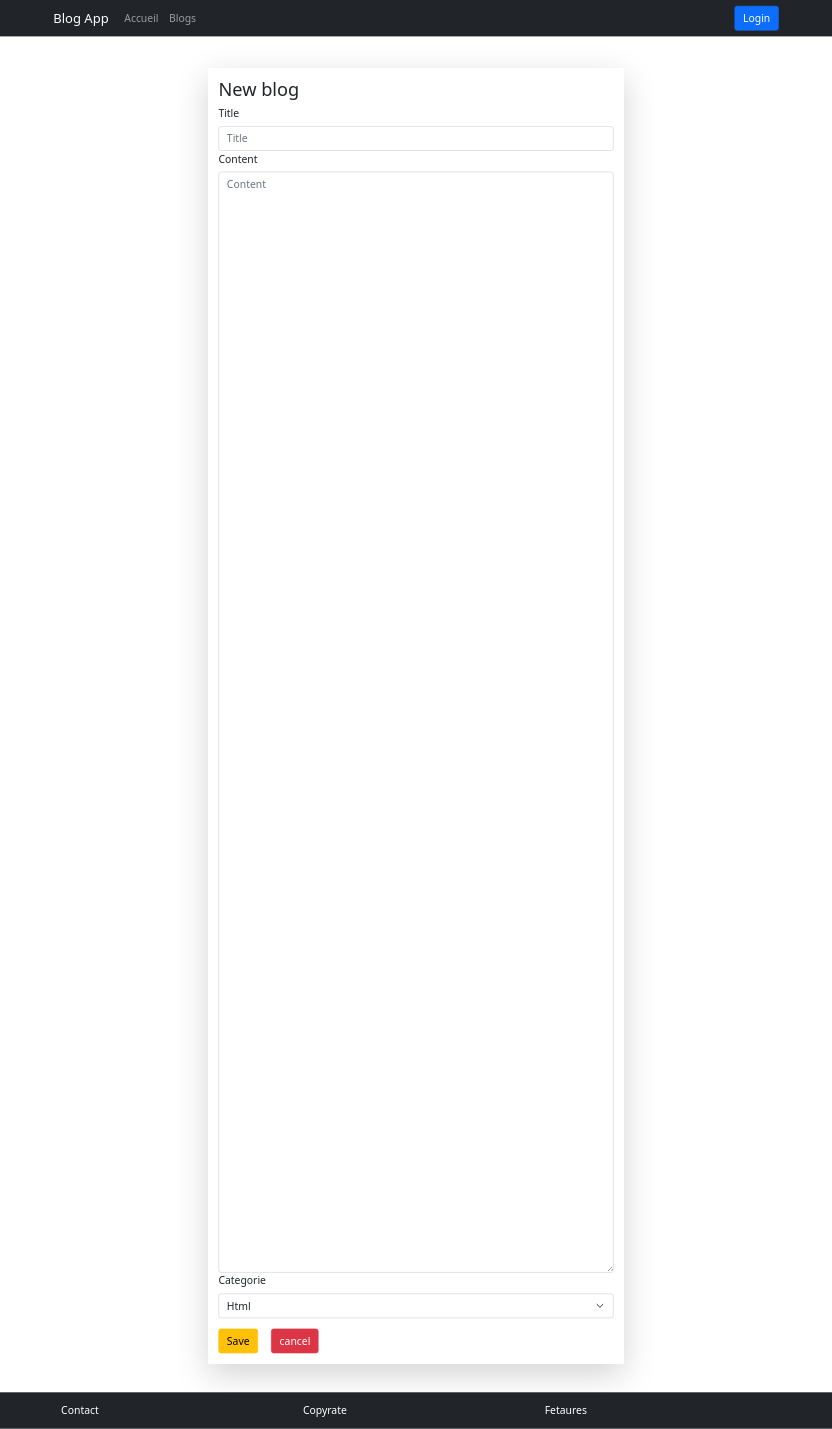
Repository: FS-23/laravel-blog-app
Page: http://localhost/blog/create
The author's editor kept a copy of each file at every save. The page is drawn from the files as they stood at one save, then again after the next save.
The browser window is 1280 px wide. The pictures show the whole page, at 65% of full size.
The page is served by the project's Laravel application, run on PHP 8.4 with Laravel 9. Other server files are loaded and not shown.

Above is the page before, as saved 2022-06-07 14:11:23.

### BlogApp/routes/web.php
<?php

use Illuminate\Support\Facades\Route;
use App\Http\Controllers\BlogController;
use App\Http\Controllers\ProductController;
use Illuminate\Http\Request;


Route::get('/', function () {
    return redirect('/blog/list');
});

Route::get('/home', function(){
    $user = ["name" =>  "Nour" , "level" =>  "A"];
    return view('home', $user);
});

Route::get('/blog' , function(){
    return view('blog.home');
});

Route::get('/blog/list' , [BlogController::class , 'index'] );

Route::get('/blog/create' , [BlogController::class  , 'create']);
// [BlogController::class , 'show']
Route::get('/blog/detail/{id}' ,[BlogController::class , 'show']);

Route::post('/blog/store' , [BlogController::class , 'store']);

Route::get('/product' , [ProductController::class , 'index']);

Route::get('/user/create', function(){

    return view('user.create');
});
Route::post('/user/store',function(Request $request){
    dd($request -> all());
   // return 'hello world';
});

### BlogApp/app/Http/Controllers/BlogController.php
<?php

namespace App\Http\Controllers;

use Illuminate\Http\Request;
use App\Models\Blog;

// Blog::create(...)
// Blog::find(1)
//Blog::delete(2)
// Blog::all()


class BlogController extends Controller
{
    function index(){
        // $blog1 = new Blog2("Learn Python" ,  "Learn pyton with moha");
        // $blog2 = new Blog2("Learn CSS/HTML" ,  "Learn pyton with Youssef - Nour -Mohamed");
        // $blog3 = new Blog2("Learn PHP" ,  "Le lorem ipsum est, en imprimerie, une suite de mots sans signification utilisée à titre provisoire pour calibrer une mise en page, le texte définitif venant remplacer le faux-texte dès qu'il est prêt ou que la mise en page est achevée. Généralement, on utilise un texte en faux latin, le Lorem ipsum ou Lipsum.");
        // $blog4 = new Blog2("Learn React" ,  "Learn pyton with Karl");
        // $blogs = [$blog1 , $blog2 , $blog3 , $blog4];

        $allBlogs = Blog::all()    ; // select * from blogs
        return view('blog.list' , ["blogs" =>  $allBlogs]);
    }

    function store(Request $request){

       // dd($request -> all());
        // //......
        //  $formData = ["title" => "Learn java 123" , "content" => "Learn java with AKHENATON" , "categorie" => "JAVA"];

        $result =  Blog::create( $request -> all());
        return redirect('/blog/list');
    }

    function show($id){

         $blog = Blog::find($id);
         if(empty($blog)){
             return redirect('/blog/list');
         }
         return view('blog.detail',  ['blog' => $blog]);
    }


    function create(){
        return view('blog.create');
    }
}


class Blog2{
    public $title;
    public $content;

    function __construct($title , $content){
        $this -> title = $title;
        $this -> content = $content;
    }
}

### BlogApp/resources/views/blog/create.blade.php
@extends('layout.layout')

@section('content')
   <div class="w-50 m-auto mt-5 shadow-lg p-3">
    <form action="/blog/store" method="post">
        @csrf
        <h3>New blog</h3>
        <div class="form-group">
            <label class="form-label"  for="">Title</label>
            <input  class="form-control" name="title" placeholder="Title" type="text">
        </div>
        <div class="form-group">
            <label class="form-label" for="">Content</label>
            <textarea class="form-control" name = "content" rows="70" placeholder="Content" type="text"></textarea>
        </div>
        <div class="form-group">
            <label class="form-label" for="">Categorie</label>
           <select class="form-select" name="categorie" id="">
               <option value="html">Html</option>
               <option value="css">Css</option>
               <option value="js">Js</option>
               <option value="react">React</option>
               <option value="laravel">Laravel</option>
           </select>
        </div>
        <div class="mt-3">
            <button class="btn btn-warning">Save</button>
            <a href="/blog/list"  class="btn btn-danger ms-3">cancel</a>
        </div>
    </form>
   </div>
@endsection

### BlogApp/resources/views/layout/layout.blade.php
<!DOCTYPE html>
<html lang="en">
<head>
    <meta charset="UTF-8">
    <meta name="viewport" content="width=device-width, initial-scale=1.0">
    <meta http-equiv="X-UA-Compatible" content="ie=edge">
    <title>Blog App</title>
    <link rel="stylesheet" href="https://cdn.jsdelivr.net/npm/bootstrap@5.1.3/dist/css/bootstrap.min.css">
    <style>
        html , body {
            min-height: 100vh;
            position: relative;
            width: 100%
        }
        .footer {
            position: absolute;
            bottom: 0;
            width: 100%
        }
    </style>
</head>
<body>
    <nav class="navbar navbar-dark navbar-expand-lg bg-dark">
        <div class="container">
            <div class="navbar-brand">Blog App</div>
            <button class="navbar-toggler" data-bs-toggle="collapse" href="#navbar-container">
                <span class="navbar-toggler-icon"></span>
            </button>
            <div class="collapse navbar-collapse show" id="navbar-container">
                <ul class="navbar-nav">
                    <li class="nav-item">
                        <a href="/" class="nav-link">Accueil</a>
                    </li>
                    <li class="nav-item">
                        <a href="/blog/list" class="nav-link">Blogs</a>
                    </li>
                </ul>
            </div>

            <div>
                <button class="btn btn-primary">
                     Login
                </button>
            </div>

        </div>
    </nav>

    <div class="" style="padding-bottom: 100px">
        <section>
            @yield("content")
        </section>
    </div>

     <footer class="bg-dark text-white p-3 footer">
         <div class="container">
             <div class="row mx-0">
                    <div class="col-4">
                        <div> Contact</div>
                    </div>
                    <div class="col-4">
                        <div>Copyrate</div>
                    </div>
                    <div class="col-4">
                        <div>Fetaures</div>
                    </div>
             </div>
         </div>
     </footer>

    <script src="https://cdn.jsdelivr.net/npm/bootstrap@5.1.3/dist/js/bootstrap.min.js"></script>
</body>
</html>

Loaded but not shown: BlogApp/app/Http/Controllers/Controller.php (common file)

After the next save:
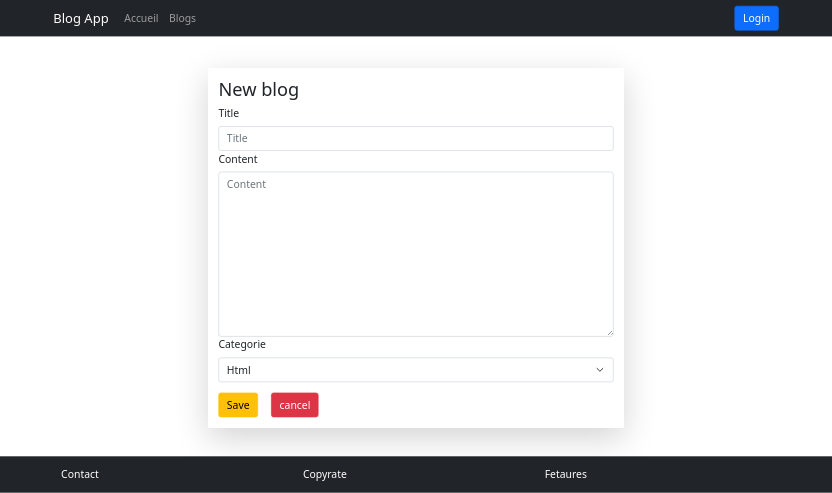
Saved 12 s later.
--- a/BlogApp/resources/views/blog/create.blade.php
+++ b/BlogApp/resources/views/blog/create.blade.php
@@ -11,7 +11,7 @@
         </div>
         <div class="form-group">
             <label class="form-label" for="">Content</label>
-            <textarea class="form-control" name = "content" rows="70" placeholder="Content" type="text"></textarea>
+            <textarea class="form-control" name = "content" rows="10" placeholder="Content" type="text"></textarea>
         </div>
         <div class="form-group">
             <label class="form-label" for="">Categorie</label>
